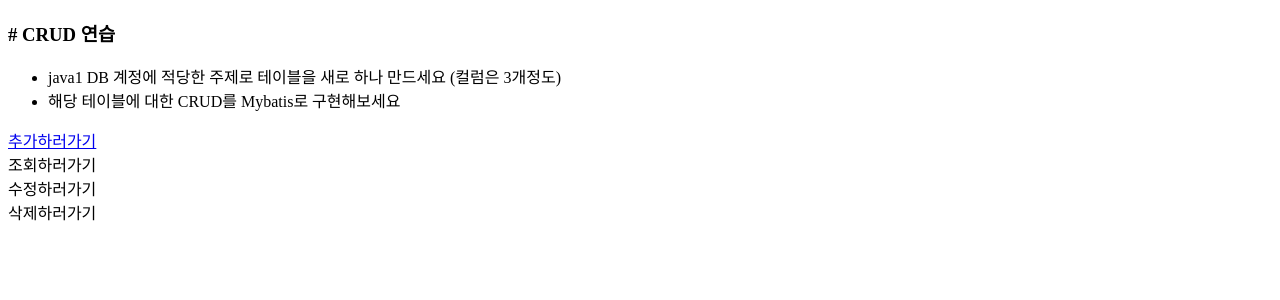
Repository: sirius455/spring-workspace
Page: http://localhost/Spring_DBConnection/WEB-INF/views/food/CRUD.jsp
The author's editor kept a copy of each file at every save. The page is drawn from the files as they stood at one save, then again after the next save.
The browser window is 1280 px wide. The pictures show the whole page.
The page is served by Tomcat 9. Nobody is signed in. Other server files are loaded and not shown. The template is opened directly, without the code that normally fills it, so the values that code supplies are empty.

Above is the page before, as saved 2021-08-02 05:03:26.

### Spring_DBConnection/src/main/webapp/WEB-INF/views/food/CRUD.jsp
<%@ page language="java" contentType="text/html; charset=UTF-8"
    pageEncoding="UTF-8"%>
<!DOCTYPE html>
<html>
<head>
<meta charset="UTF-8">
<title>Insert title here</title>
</head>
<body>

	<h3># CRUD 연습</h3>
	<ul>
		<li>java1 DB 계정에 적당한 주제로 테이블을 새로 하나 만드세요 (컬럼은 3개정도)</li>
		<li>해당 테이블에 대한 CRUD를 Mybatis로 구현해보세요 </li>
	</ul>

<a href="./plus">추가하러가기<a> <br>
조회하러가기 <br>
수정하러가기 <br>
삭제하러가기 <br>

</body>
</html>

After the next save:
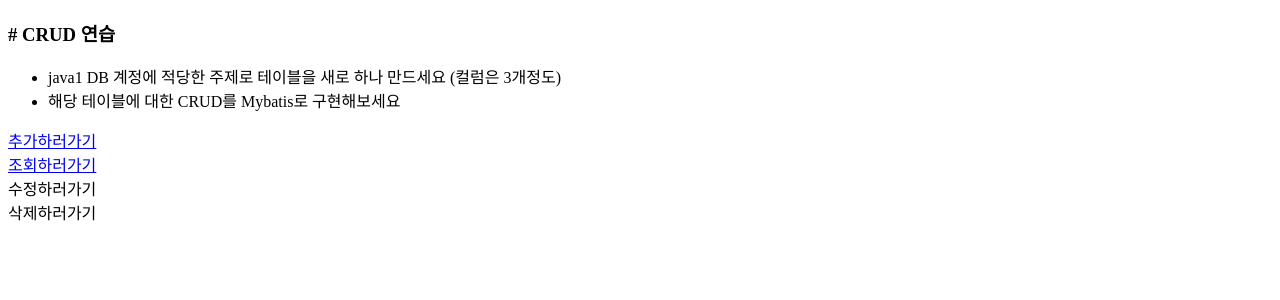
Saved 95 s later.
--- a/Spring_DBConnection/src/main/webapp/WEB-INF/views/food/CRUD.jsp
+++ b/Spring_DBConnection/src/main/webapp/WEB-INF/views/food/CRUD.jsp
@@ -15,7 +15,7 @@
 	</ul>
 
 <a href="./plus">추가하러가기<a> <br>
-조회하러가기 <br>
+<a href="./search">조회하러가기<a> <br>
 수정하러가기 <br>
 삭제하러가기 <br>
 
